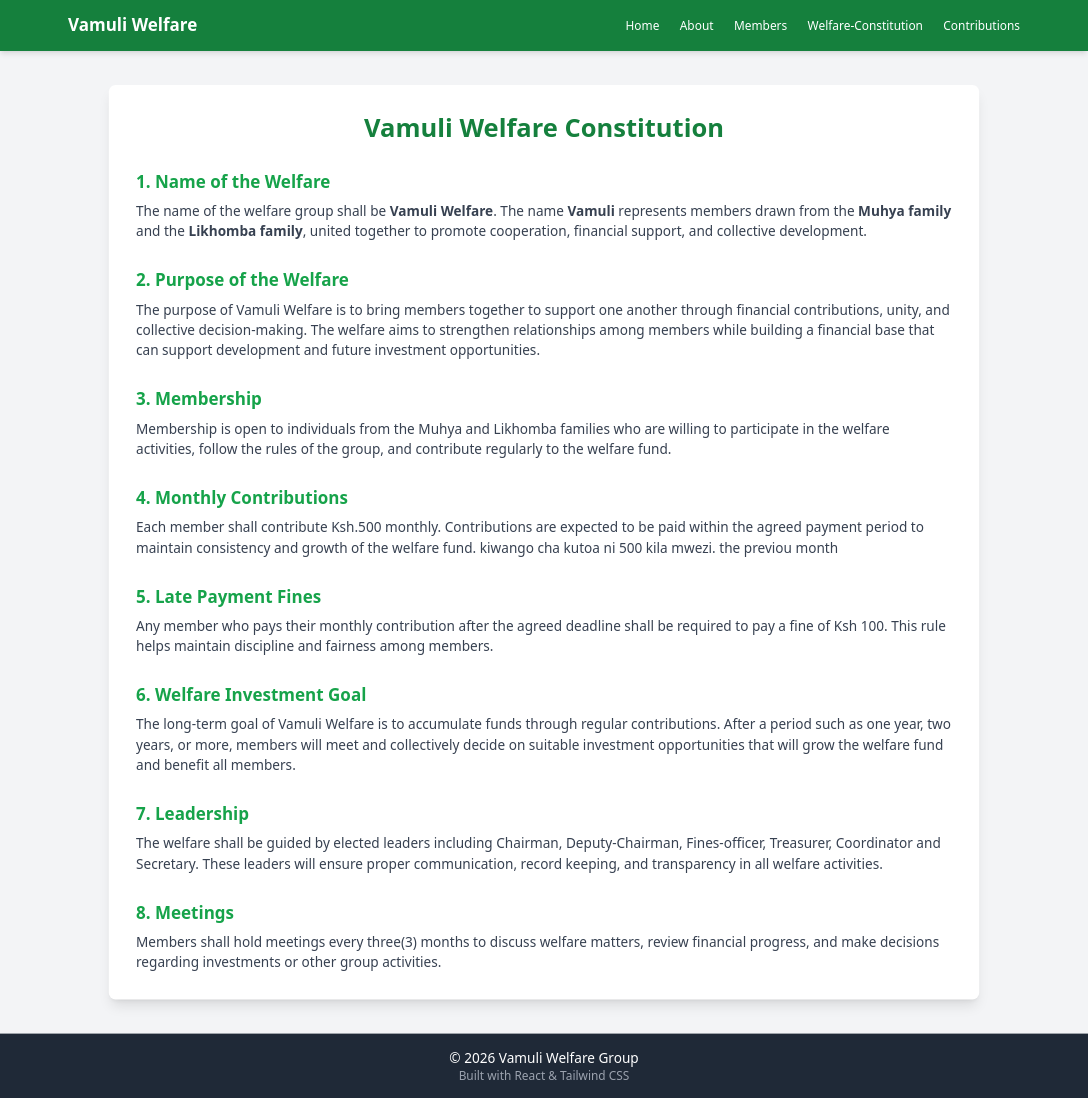
Repository: Engineer-collo/Vamuli-welfare
Page: /constitution
These files come from the project's save history. The page is drawn as it stood at one moment and after the next save; the edit follows.
The browser window is 1280 px wide. The pictures show the whole page, at 85% of full size.
The project was rebuilt for these pictures with package versions that can differ from the ones it lists, and the page was loaded fresh each time. Also part of the build but not shown: vite.config.js, src/pages/contributionsData.js, src/pages/Home.jsx, src/pages/Members.jsx, src/pages/ContributionsTable.jsx, src/pages/About.jsx.

Above is the page before, as saved 2026-03-16 15:27:01.

After the next save:
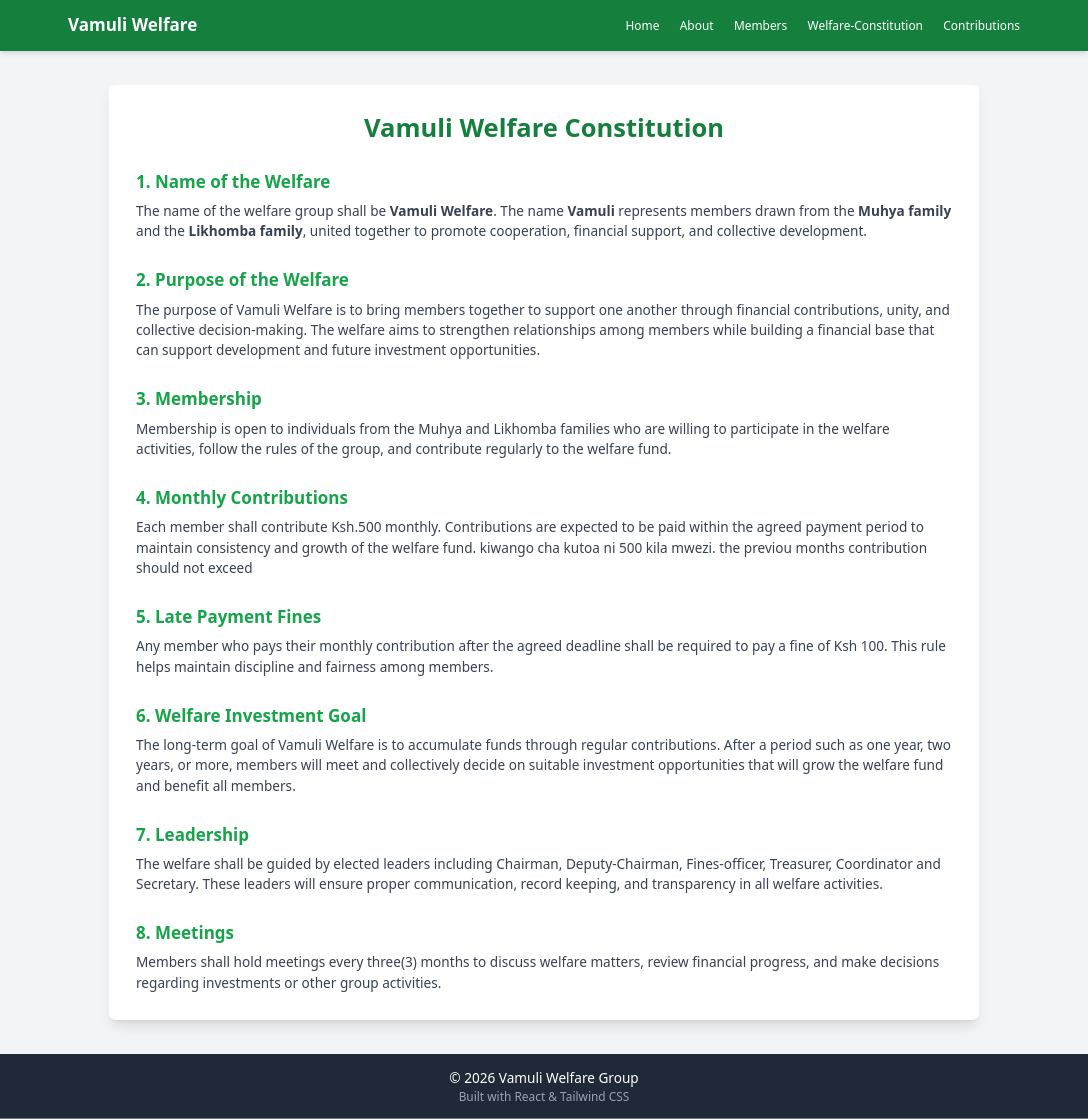
Saved 15 s later.
--- a/src/pages/WelfareConstituion.jsx
+++ b/src/pages/WelfareConstituion.jsx
@@ -67,7 +67,7 @@ function Constitution() {
           Contributions are expected to be paid within the agreed payment
           period to maintain consistency and growth of the welfare fund.
 
-          kiwango cha kutoa ni 500 kila mwezi. the previou month
+          kiwango cha kutoa ni 500 kila mwezi. the previou months contribution should not exceed
         </p>
       </section>
 
